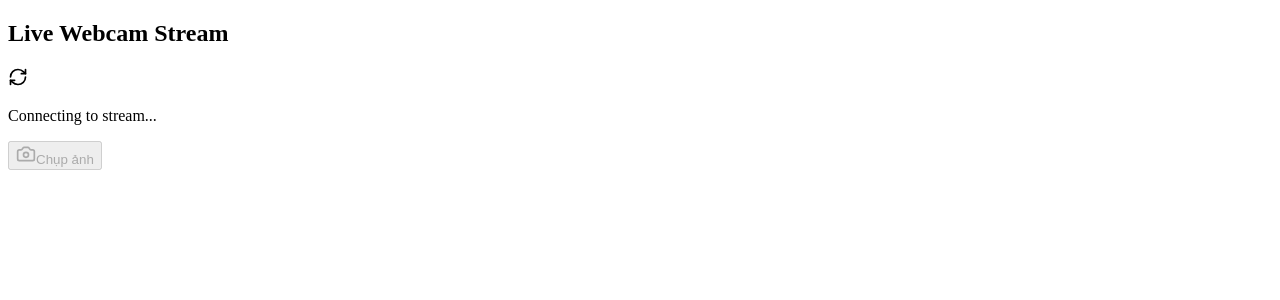
Repository: AzenKain/Traffic-Red-Light-Running-Violation-Detection
Page: / (app in client-web/client-web/)
The author's editor kept a copy of each file at every save. The page is drawn from the files as they stood at one save, then again after the next save.
The browser window is 1280 px wide. The pictures show the whole page.
The page's requests for data from a server got no answer. The project was rebuilt for these pictures with package versions that can differ from the ones it lists, and the page was loaded fresh each time. The framework's server and built-in components were replaced by stand-ins that run in the browser. No one was signed in, and anything a server would have sent is missing.

Above is the page before, as saved 2025-03-22 22:12:29.

### client-web/client-web/src/app/page.tsx
"use client";

import VideoStream from "@/components/videostream";


export default function App() {
  return (
    <main className="flex min-h-screen items-center justify-center bg-gray-100">
      <VideoStream />
    </main>
  );
}

### client-web/client-web/src/components/videostream/index.tsx
"use client";
import { useEffect, useState } from "react";
import Image from "next/image";
import { Camera, Download, RefreshCw, Check } from "lucide-react";

export default function VideoStream() {
  const [imageSrc, setImageSrc] = useState<string | null>(null);
  const [capturedImage, setCapturedImage] = useState<string | null>(null);
  const [isCapturing, setIsCapturing] = useState(false);
  const [isSending, setIsSending] = useState(false);
  const [sendSuccess, setSendSuccess] = useState(false);

  useEffect(() => {
    const ws = new WebSocket("ws://localhost:8000/ws");

    ws.onmessage = (event) => {
      setImageSrc(`data:[embedded picture, 37 characters]);
    };

    ws.onerror = (error) => {
      console.error("WebSocket Error:", error);
    };

    return () => {
      ws.close();
    };
  }, []);

  const captureImage = () => {
    if (imageSrc) {
      setCapturedImage(imageSrc);
      setIsCapturing(true);
    }
  };

  const sendImageToAPI = async () => {
    if (!capturedImage) return;

    try {
      setIsSending(true);
      // Xử lý base64 string để gửi đi
      const base64Data = capturedImage.split(',')[1];

      const response = await fetch('https://your-api-endpoint.com/images', {
        method: 'POST',
        headers: {
          'Content-Type': 'application/json',
        },
        body: JSON.stringify({ image: base64Data }),
      });

      if (response.ok) {
        setSendSuccess(true);
        setTimeout(() => setSendSuccess(false), 3000);
      } else {
        console.error('Failed to send image to API');
      }
    } catch (error) {
      console.error('Error sending image:', error);
    } finally {
      setIsSending(false);
      setIsCapturing(false);
    }
  };

  const cancelCapture = () => {
    setIsCapturing(false);
    setCapturedImage(null);
  };

  const downloadImage = () => {
    if (!capturedImage) return;

    const link = document.createElement('a');
    link.href = capturedImage;
    link.download = `captured-image-${new Date().getTime()}.jpg`;
    document.body.appendChild(link);
    link.click();
    document.body.removeChild(link);
  };

  return (
    <div className="flex flex-col items-center max-w-3xl mx-auto p-6 bg-gray-50 rounded-xl shadow-md">
      <h2 className="text-2xl font-bold mb-6 text-gray-800">Live Webcam Stream</h2>

      <div className="relative w-full rounded-lg overflow-hidden bg-black">
          { imageSrc ? (<Image
            src={isCapturing ? capturedImage || "" : imageSrc || ""}
            alt="Live Stream"
            className="w-full h-auto object-contain"
            width={800}
            height={600}
          />

        ) : (
          <div className="flex items-center justify-center h-64 bg-gray-800 text-white">
            <RefreshCw className="animate-spin mr-2" size={20} />
            <p>Connecting to stream...</p>
          </div>
        )}

        {isCapturing && (
          <div className="absolute inset-0 flex items-center justify-center bg-black bg-opacity-50">
            <div className="bg-white p-4 rounded-lg shadow-lg">
              <p className="text-gray-800 mb-4 font-medium">Bạn muốn làm gì với ảnh đã chụp?</p>
              <div className="flex gap-2">
                <button
                  onClick={sendImageToAPI}
                  disabled={isSending}
                  className="flex items-center px-3 py-2 bg-blue-600 text-white rounded hover:bg-blue-700 disabled:opacity-50"
                >
                  {isSending ? (
                    <>
                      <RefreshCw className="animate-spin mr-2" size={16} />
                      Đang gửi...
                    </>
                  ) : (
                    <>
                      <Camera className="mr-2" size={16} />
                      Gửi ảnh
                    </>
                  )}
                </button>
                <button
                  onClick={downloadImage}
                  className="flex items-center px-3 py-2 bg-green-600 text-white rounded hover:bg-green-700"
                >
                  <Download className="mr-2" size={16} />
                  Tải xuống
                </button>
                <button
                  onClick={cancelCapture}
                  className="flex items-center px-3 py-2 bg-gray-600 text-white rounded hover:bg-gray-700"
                >
                  Hủy
                </button>
              </div>
            </div>
          </div>
        )}
      </div>

      <div className="flex mt-6 gap-4">
        <button
          onClick={captureImage}
          disabled={!imageSrc || isCapturing}
          className="flex items-center px-4 py-2 bg-blue-600 text-white rounded-lg shadow hover:bg-blue-700 transition-colors disabled:opacity-50 disabled:cursor-not-allowed"
        >
          <Camera className="mr-2" size={20} />
          Chụp ảnh
        </button>
      </div>

      {sendSuccess && (
        <div className="mt-4 flex items-center p-2 bg-green-100 text-green-800 rounded">
          <Check size={16} className="mr-2" />
          Ảnh đã được gửi thành công!
        </div>
      )}
    </div>
  );
}

After the next save:
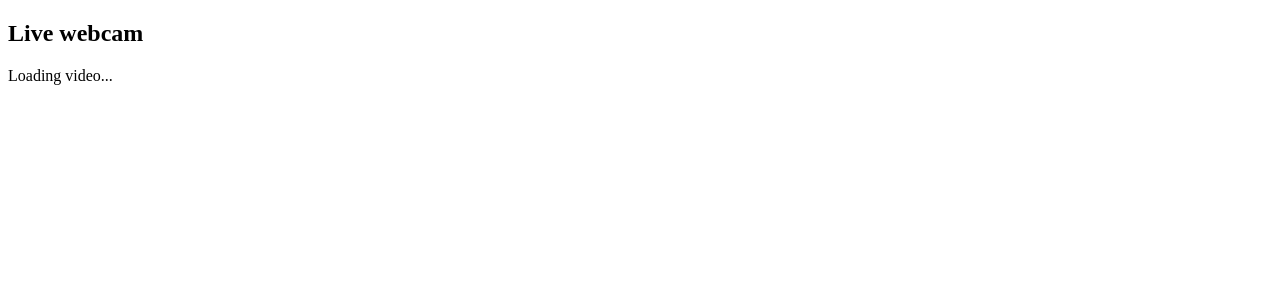
Saved 22 s later.
--- a/client-web/client-web/src/components/videostream/index.tsx
+++ b/client-web/client-web/src/components/videostream/index.tsx
@@ -1,14 +1,8 @@
 "use client";
 import { useEffect, useState } from "react";
-import Image from "next/image";
-import { Camera, Download, RefreshCw, Check } from "lucide-react";
 
 export default function VideoStream() {
   const [imageSrc, setImageSrc] = useState<string | null>(null);
-  const [capturedImage, setCapturedImage] = useState<string | null>(null);
-  const [isCapturing, setIsCapturing] = useState(false);
-  const [isSending, setIsSending] = useState(false);
-  const [sendSuccess, setSendSuccess] = useState(false);
 
   useEffect(() => {
     const ws = new WebSocket("ws://localhost:8000/ws");
@@ -26,136 +20,13 @@ export default function VideoStream() {
     };
   }, []);
 
-  const captureImage = () => {
-    if (imageSrc) {
-      setCapturedImage(imageSrc);
-      setIsCapturing(true);
-    }
-  };
-
-  const sendImageToAPI = async () => {
-    if (!capturedImage) return;
-
-    try {
-      setIsSending(true);
-      // Xử lý base64 string để gửi đi
-      const base64Data = capturedImage.split(',')[1];
-
-      const response = await fetch('https://your-api-endpoint.com/images', {
-        method: 'POST',
-        headers: {
-          'Content-Type': 'application/json',
-        },
-        body: JSON.stringify({ image: base64Data }),
-      });
-
-      if (response.ok) {
-        setSendSuccess(true);
-        setTimeout(() => setSendSuccess(false), 3000);
-      } else {
-        console.error('Failed to send image to API');
-      }
-    } catch (error) {
-      console.error('Error sending image:', error);
-    } finally {
-      setIsSending(false);
-      setIsCapturing(false);
-    }
-  };
-
-  const cancelCapture = () => {
-    setIsCapturing(false);
-    setCapturedImage(null);
-  };
-
-  const downloadImage = () => {
-    if (!capturedImage) return;
-
-    const link = document.createElement('a');
-    link.href = capturedImage;
-    link.download = `captured-image-${new Date().getTime()}.jpg`;
-    document.body.appendChild(link);
-    link.click();
-    document.body.removeChild(link);
-  };
-
   return (
-    <div className="flex flex-col items-center max-w-3xl mx-auto p-6 bg-gray-50 rounded-xl shadow-md">
-      <h2 className="text-2xl font-bold mb-6 text-gray-800">Live Webcam Stream</h2>
-
-      <div className="relative w-full rounded-lg overflow-hidden bg-black">
-          { imageSrc ? (<Image
-            src={isCapturing ? capturedImage || "" : imageSrc || ""}
-            alt="Live Stream"
-            className="w-full h-auto object-contain"
-            width={800}
-            height={600}
-          />
-
-        ) : (
-          <div className="flex items-center justify-center h-64 bg-gray-800 text-white">
-            <RefreshCw className="animate-spin mr-2" size={20} />
-            <p>Connecting to stream...</p>
-          </div>
-        )}
-
-        {isCapturing && (
-          <div className="absolute inset-0 flex items-center justify-center bg-black bg-opacity-50">
-            <div className="bg-white p-4 rounded-lg shadow-lg">
-              <p className="text-gray-800 mb-4 font-medium">Bạn muốn làm gì với ảnh đã chụp?</p>
-              <div className="flex gap-2">
-                <button
-                  onClick={sendImageToAPI}
-                  disabled={isSending}
-                  className="flex items-center px-3 py-2 bg-blue-600 text-white rounded hover:bg-blue-700 disabled:opacity-50"
-                >
-                  {isSending ? (
-                    <>
-                      <RefreshCw className="animate-spin mr-2" size={16} />
-                      Đang gửi...
-                    </>
-                  ) : (
-                    <>
-                      <Camera className="mr-2" size={16} />
-                      Gửi ảnh
-                    </>
-                  )}
-                </button>
-                <button
-                  onClick={downloadImage}
-                  className="flex items-center px-3 py-2 bg-green-600 text-white rounded hover:bg-green-700"
-                >
-                  <Download className="mr-2" size={16} />
-                  Tải xuống
-                </button>
-                <button
-                  onClick={cancelCapture}
-                  className="flex items-center px-3 py-2 bg-gray-600 text-white rounded hover:bg-gray-700"
-                >
-                  Hủy
-                </button>
-              </div>
-            </div>
-          </div>
-        )}
-      </div>
-
-      <div className="flex mt-6 gap-4">
-        <button
-          onClick={captureImage}
-          disabled={!imageSrc || isCapturing}
-          className="flex items-center px-4 py-2 bg-blue-600 text-white rounded-lg shadow hover:bg-blue-700 transition-colors disabled:opacity-50 disabled:cursor-not-allowed"
-        >
-          <Camera className="mr-2" size={20} />
-          Chụp ảnh
-        </button>
-      </div>
-
-      {sendSuccess && (
-        <div className="mt-4 flex items-center p-2 bg-green-100 text-green-800 rounded">
-          <Check size={16} className="mr-2" />
-          Ảnh đã được gửi thành công!
-        </div>
+    <div className="flex flex-col items-center">
+      <h2 className="text-xl font-bold mb-4">Live webcam</h2>
+      {imageSrc ? (
+        <img src={imageSrc} alt="Live Stream" className="rounded-lg shadow-lg" />
+      ) : (
+        <p>Loading video...</p>
       )}
     </div>
   );
